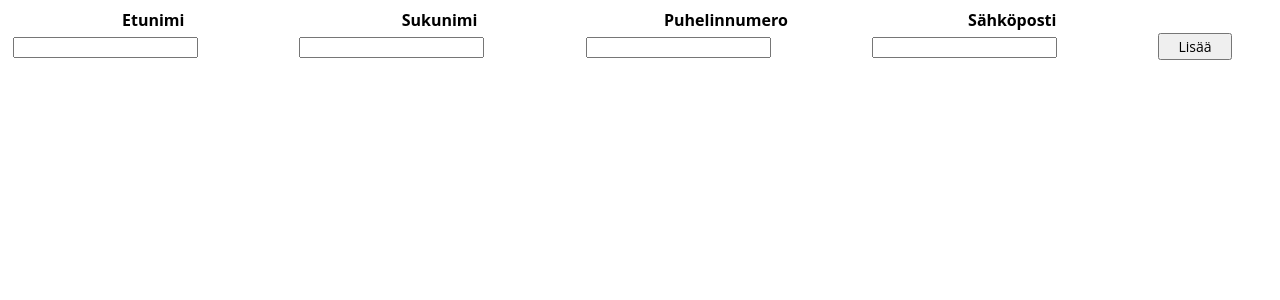
Repository: helijoas/etat7
Page: http://localhost/Asiakkaat/lisaaasiakas.jsp
These files come from the project's save history. The page is drawn as it stood at one moment and after the next save; the edit follows.
The browser window is 1280 px wide. The pictures show the whole page.
The page is served by Tomcat 9.

Above is the page before, as saved 2020-04-29 12:16:50.

After the next save:
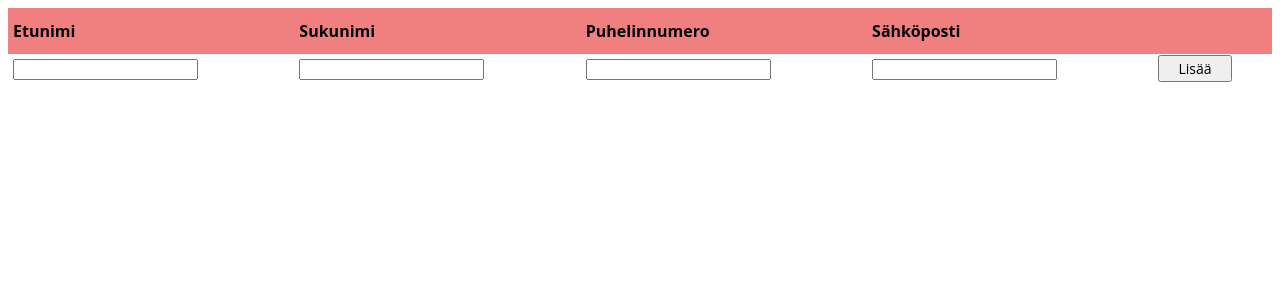
Saved 50 s later.
--- a/Asiakkaat/WebContent/css/main.css
+++ b/Asiakkaat/WebContent/css/main.css
@@ -23,7 +23,7 @@ th, td {
 	width: 90%;
 }
 
-#listaus th {
+#listaus, #tiedot th {
   padding-top: 12px;
   padding-bottom: 12px;
   text-align: left;
